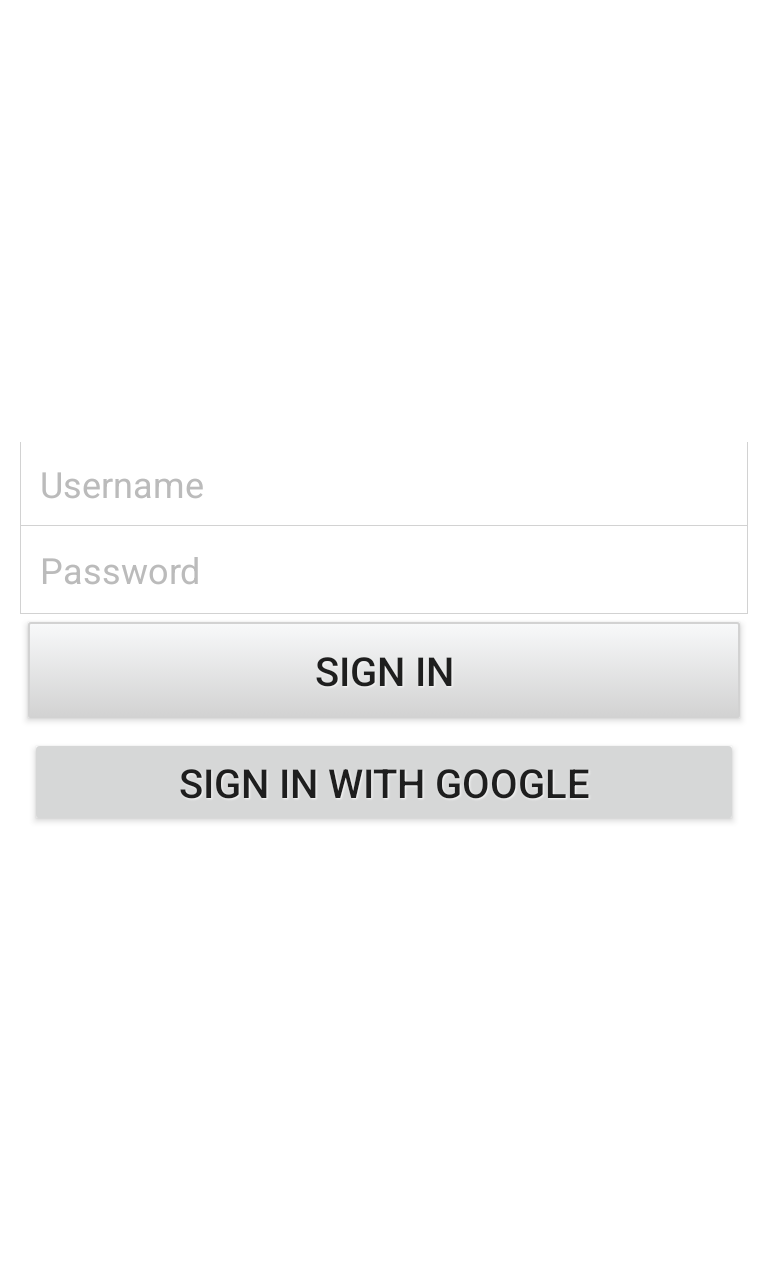
Repository: Jaaga/mooc-tracker
Layout: android/MOOCTracker/res/layout/login_screen.xml
These files come from the project's save history. The layout is drawn as it stood at one moment and after the next save; the edit follows.
It is drawn on a 768 x 1280 px phone screen (xhdpi) without system bars, with theme AppTheme; the app's code is not run.

Above is the layout before, as saved 2014-05-22 18:11:05.

After the next save:
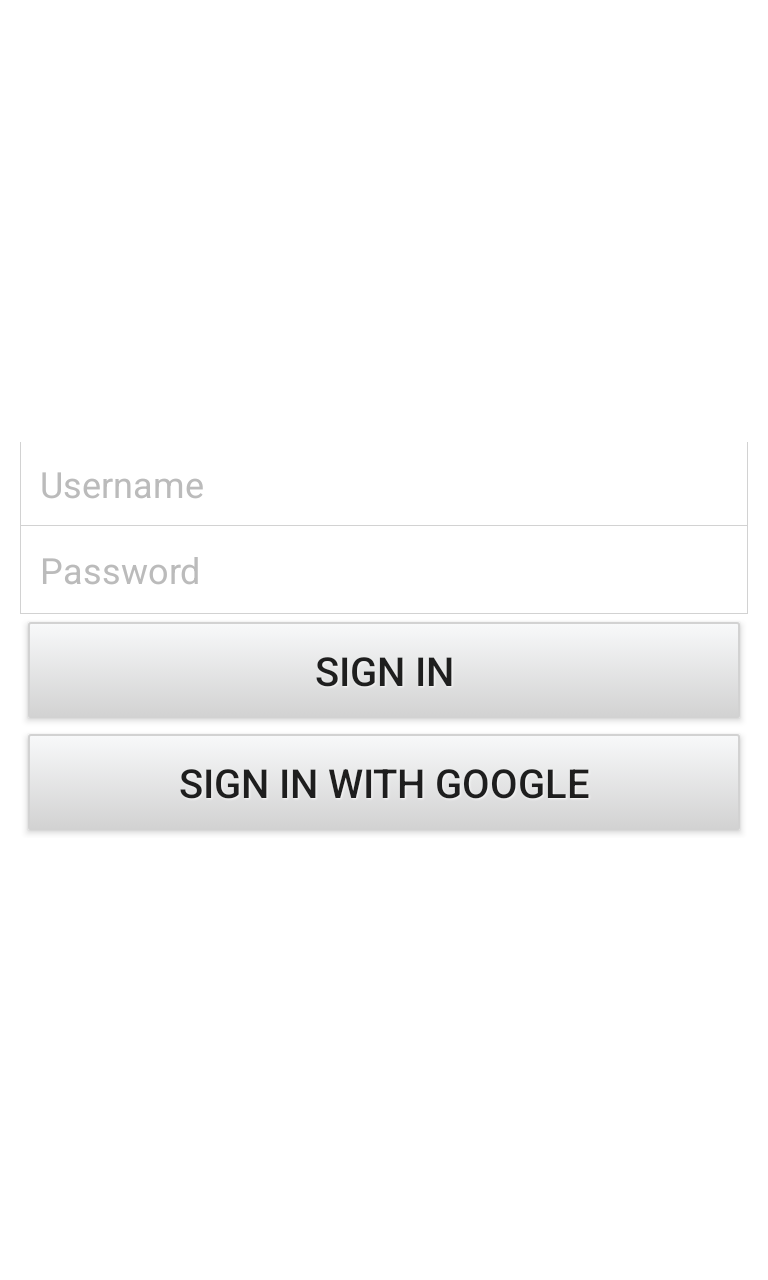
Saved 28 s later.
--- a/android/MOOCTracker/res/layout/login_screen.xml
+++ b/android/MOOCTracker/res/layout/login_screen.xml
@@ -63,6 +63,7 @@
              android:layout_margin="4dp"
              style="@style/DefaultButtonText"
              android:text="@string/googleplus"
+             android:background="@drawable/button_default_bg"
            />
 
 
